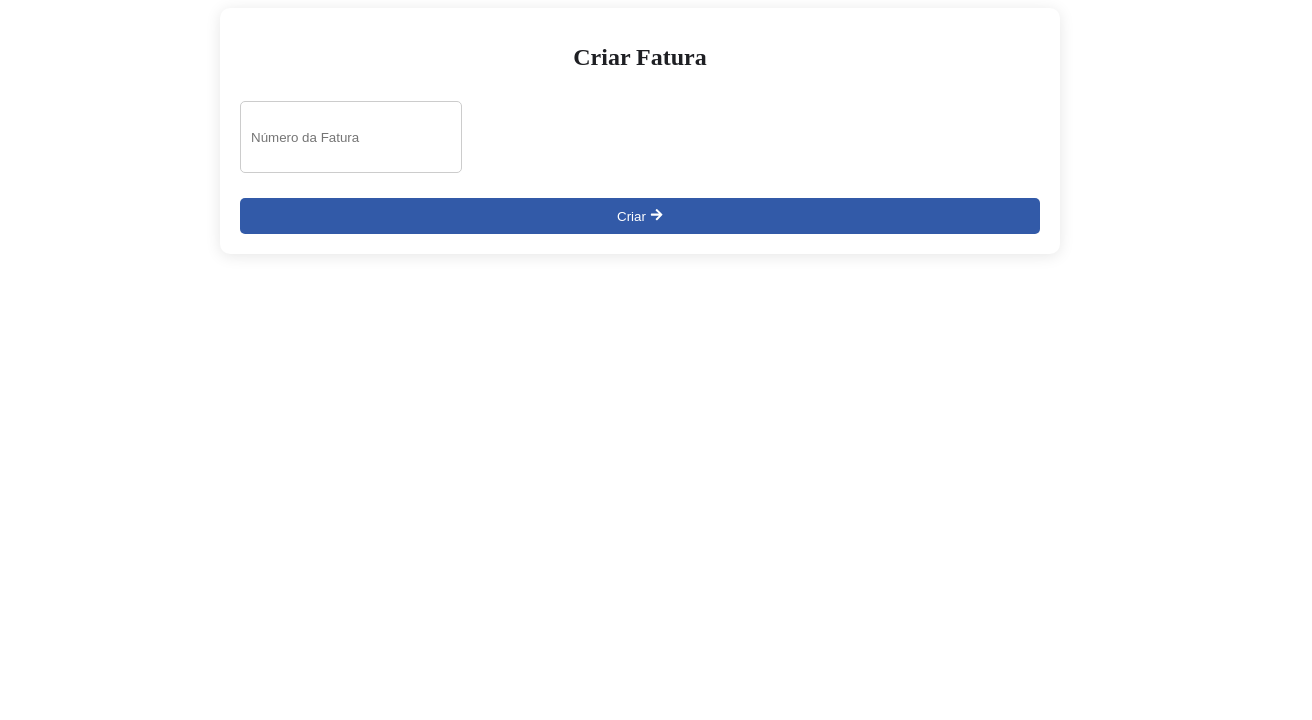
Repository: thmedu/Gerador-de-Faturas
Page: /
An editor plug-in stored every save of this project. The page is shown before and after the next save, followed by the edit.
The browser window is 1280 px wide. The page is 1280 px wide, then 1312 px, so the pictures cover 1312 px, including what lies to the right of the window. The pictures show the whole page.
The project was rebuilt for these pictures with package versions that can differ from the ones it lists, and the page was loaded fresh each time. Also part of the build but not shown: vite.config.js, src/Componete/Template.jsx.

Above is the page before, as saved 2024-07-16 18:49:06.

### index.html
<!DOCTYPE html>
<html lang="pt-BR">

<head>
  <meta charset="UTF-8" />
  <meta name="viewport" content="width=device-width, initial-scale=1.0" />
  <meta name="description" content="Gere sua fatura de forma simples e rápida com nosso gerador de faturas em React." />
  <meta name="keywords" content="fatura, gerador de faturas, React, financeiro" />
  <meta name="author" content="Thomas Eduardo" />
  <link rel="stylesheet" href="./src/App.css">
  <link rel="icon" href="./public/logo.png" />
  <title>Gere sua Fatura</title>
</head>


<body>
  <div id="root"></div>
  <script type="module" src="./src/main.jsx"></script>
</body>

</html>

### src/App.css
.body-main {
    background: #ffffff;
    border: 15px solid #1E1F23;
    margin: 30px 0;
    padding: 40px 30px;
    position: relative;
    box-shadow: 0 2px 15px rgba(0, 0, 0, 0.1);
    font-size: 14px;
    border-radius: 10px;
}

.main thead {
    background: #1E1F23;
    color: #ffffff;
}

.img {
    height: 100px;
    object-fit: cover;
    border-radius: 5px; /* Bordas arredondadas na imagem */
}

h1 {
    text-align: center;
    color: #1E1F23;
    font-size: 24px;
    margin-bottom: 20px;
}

.brcode {
    margin-top: 90px;
}

.bbc {
    margin-left: auto;
    text-align: right;
}

.containers {
    display: flex;
    align-items: center;
    justify-content: center;
    min-height: 100vh;
    width: 100%;
    padding: 20px;
}

input {
    margin: 10px 0;
    border: 1px solid #2283c8;
    height: 50px;
    width: 200px;
    padding: 0 10px;
    border-radius: 5px;
    transition: border-color 0.3s, box-shadow 0.3s; /* Adicionada transição para box-shadow */
}

input:focus {
    border-color: #1E1F23;
    outline: none;
    box-shadow: 0 0 5px rgba(50, 90, 168, 0.5); /* Sombra ao focar no input */
}

.buttons {
    display: flex; /* Flex para alinhar os botões */
    margin-top: 20px;
}

.buttons button {
    width: 120px;
    height: 45px;
    background: #325aa8;
    color: #ffffff;
    border: none;
    border-radius: 5px;
    margin-left: 10px;
    cursor: pointer;
    transition: background 0.3s, transform 0.3s;
}

.buttons button:hover {
    background: #1E1F23;
    transform: scale(1.05);
}

.table {
    width: 100%;
    border-collapse: collapse; /* Para remover espaçamentos entre as células */
    margin-top: 20px;
}

.table th, .table td {
    padding: 12px;
    text-align: left;
    border-bottom: 1px solid #ddd; /* Linha sutil abaixo das células */
}

.table tbody tr:hover {
    background-color: #f1f1f1; /* Destaque ao passar o mouse */
}
.container {
    max-width: 600px;
    margin: 0 auto;
    padding: 40px;
    background: #f9f9f9;
    border-radius: 10px;
    box-shadow: 0 2px 15px rgba(0, 0, 0, 0.1);
    text-align: center;
}

h1 {
    color: #1E1F23;
    margin-bottom: 20px;
}

.form {
    display: flex;
    flex-direction: column;
    gap: 15px; /* Espaçamento entre os elementos */
}

.input-field {
    padding: 10px;
    border: 1px solid #ccc;
    border-radius: 5px;
    transition: border-color 0.3s;
}

.input-field:focus {
    border-color: #325aa8;
    outline: none;
}

.create-button {
    padding: 10px 15px;
    background: #325aa8;
    color: white;
    border: none;
    border-radius: 5px;
    cursor: pointer;
    transition: background 0.3s ease, transform 0.2s;
}

.create-button:hover {
    background: #1E1F23;
    transform: scale(1.05);
}

### src/App.jsx
import React, { useState, useEffect } from 'react';
import './App.css';
import TemplatePdf from './Componete/Template';
import { FaArrowRight } from 'react-icons/fa';

function App() {
  const [numeroDaFatura, setNumeroDaFatura] = useState('');
  const [data, setData] = useState('');
  const [visualizar, setVisualizar] = useState(true);

  useEffect(() => {
    const atual = new Date();
    const dataFormatada = `${atual.getDate()}/${atual.getMonth() +
      1}/${atual.getFullYear()}`;
    setData(dataFormatada);
  }, []);

  const criar = () => {
    if (numeroDaFatura.trim()) {
      setVisualizar(false);
    } else {
      alert('Por favor, insira um número de fatura válido.');
    }
  };

  return (
    <>
      {visualizar ? (
        <div className="container">
          <h1>Criar Fatura</h1>
          <div className="form">
            <input
              type="text"
              placeholder="Número da Fatura"
              value={numeroDaFatura}
              onChange={(e) => setNumeroDaFatura(e.target.value)}
              className="input-field"
            />
            <button onClick={criar} className="create-button">
              Criar <FaArrowRight />
            </button>
          </div>
        </div>
      ) : (
        <TemplatePdf NumeroDaFatura={numeroDaFatura} data={data} />
      )}
    </>
  );
}

export default App;

### src/Componete/Template.css
.container {
    max-width: 800px;
    margin: 0 auto;
    padding: 20px;
    background: #ffffff;
    border-radius: 10px;
    box-shadow: 0 2px 15px rgba(0, 0, 0, 0.1);
}

h1 {
    text-align: center;
    color: #1E1F23;
    margin-bottom: 20px;
}

.table {
    width: 100%;
    border-collapse: collapse;
    margin-top: 20px;
}

.table thead {
    background: #1E1F23;
    color: #ffffff;
}

.table th, .table td {
    padding: 12px;
    text-align: left;
    border-bottom: 1px solid #ddd;
}

.table tbody tr:hover {
    background: #f5f5f5;
}

.text-right {
    text-align: right;
}

.buttons {
    margin-top: 20px;
}

.buttons button,
.print-button,
.add-product-button {
    padding: 10px 15px;
    background: #325aa8;
    color: white;
    border: none;
    border-radius: 5px;
    cursor: pointer;
    transition: background 0.3s ease, transform 0.2s;
}

.buttons button:hover,
.print-button:hover,
.add-product-button:hover {
    background: #1E1F23;
    transform: scale(1.05);
}

.dialog-title {
    display: flex;
    justify-content: space-between;
    align-items: center;
}

.icon-cross {
    cursor: pointer;
    color: #FF3D00;
}

.forms {
    display: flex;
    flex-direction: column;
    gap: 10px; /* Espaçamento entre inputs */
}

.forms input {
    padding: 10px;
    border: 1px solid #ccc;
    border-radius: 5px;
    transition: border-color 0.3s;
}

.forms input:focus {
    border-color: #325aa8;
    outline: none;
}

Loaded but not shown: src/main.jsx (common file)

After the next save:
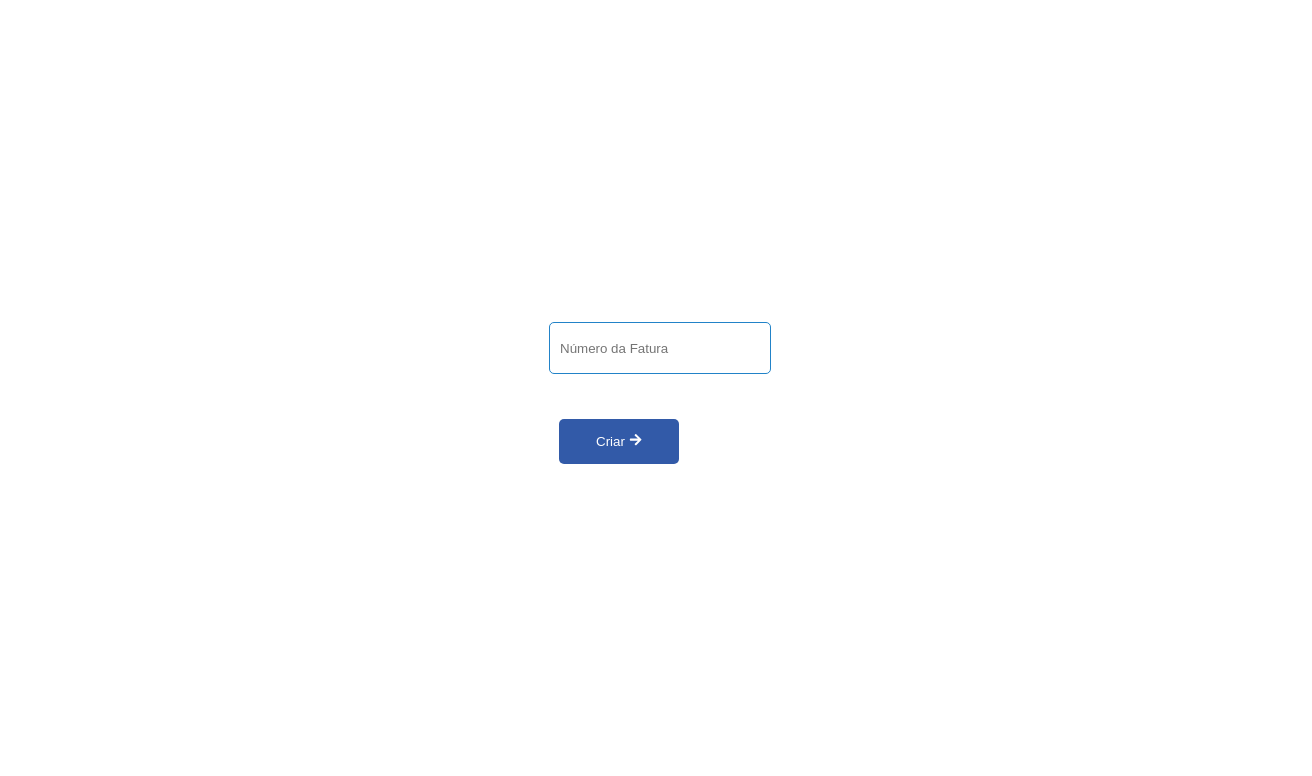
Saved 80 s later.
--- a/src/App.jsx
+++ b/src/App.jsx
@@ -2,6 +2,7 @@ import React, { useState, useEffect } from 'react';
 import './App.css';
 import TemplatePdf from './Componete/Template';
 import { FaArrowRight } from 'react-icons/fa';
+import { toast } from 'react-toastify';
 
 function App() {
   const [numeroDaFatura, setNumeroDaFatura] = useState('');
@@ -16,29 +17,32 @@ function App() {
   }, []);
 
   const criar = () => {
-    if (numeroDaFatura.trim()) {
-      setVisualizar(false);
-    } else {
-      alert('Por favor, insira um número de fatura válido.');
+    if (!numeroDaFatura.match(/^[0-9]+$/)) {
+      toast.error('Por favor, insira um número de fatura válido.');
+      return;
     }
+    toast.success('Fatura criada com sucesso!');
+    setVisualizar(false);
   };
 
   return (
     <>
       {visualizar ? (
-        <div className="container">
-          <h1>Criar Fatura</h1>
+        <div className="containers">
           <div className="form">
-            <input
-              type="text"
-              placeholder="Número da Fatura"
-              value={numeroDaFatura}
-              onChange={(e) => setNumeroDaFatura(e.target.value)}
-              className="input-field"
-            />
-            <button onClick={criar} className="create-button">
-              Criar <FaArrowRight />
-            </button>
+            <div className="inputs">
+              <input
+                type="text"
+                placeholder="Número da Fatura"
+                value={numeroDaFatura}
+                onChange={(e) => setNumeroDaFatura(e.target.value)}
+              />
+            </div>
+            <div className="buttons">
+              <button onClick={criar}>
+                Criar <FaArrowRight />
+              </button>
+            </div>
           </div>
         </div>
       ) : (
